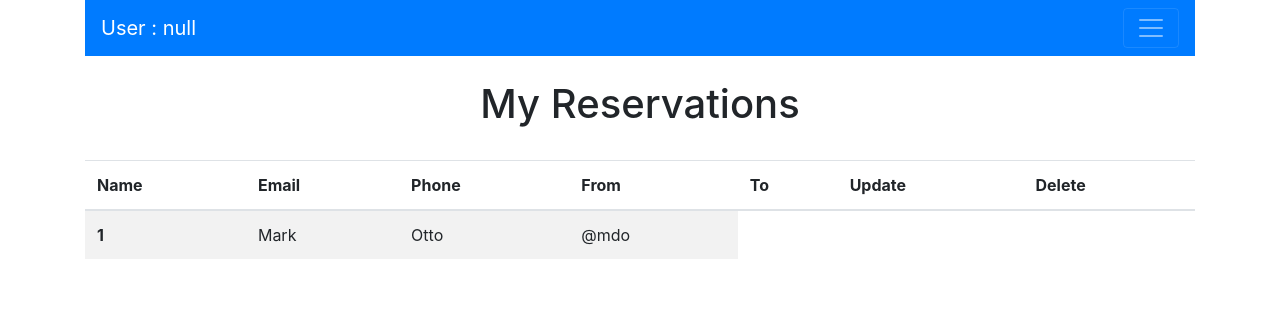
Repository: SachinUthpala/Railway-Reservation
Page: http://localhost/Railway/My_res_sv
The author's editor kept a copy of each file at every save. The page is drawn from the files as they stood at one save, then again after the next save.
The browser window is 1280 px wide. The pictures show the whole page.
Some web libraries are served in a nearby version. The page is served by Tomcat 9. Queries for data that is not in the repository find no rows.

Above is the page before, as saved 2023-05-21 06:33:42.

After the next save:
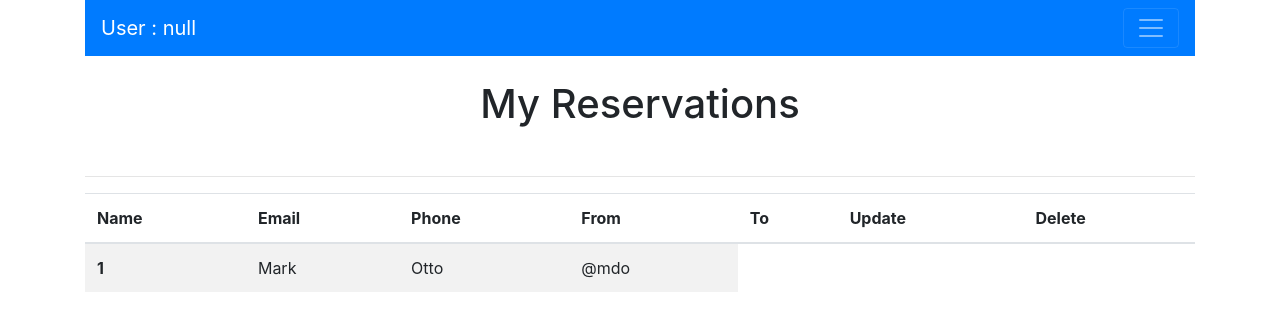
Saved 16 s later.
--- a/Railway/src/main/webapp/Reserve/myReservation.jsp
+++ b/Railway/src/main/webapp/Reserve/myReservation.jsp
@@ -47,6 +47,7 @@
 <div class="container">
 <h1> <center>My Reservations</center> </h1>
 <br>
+<hr style="2px solid #000000">
 <table class="table table-striped">
   <thead>
     <tr>
